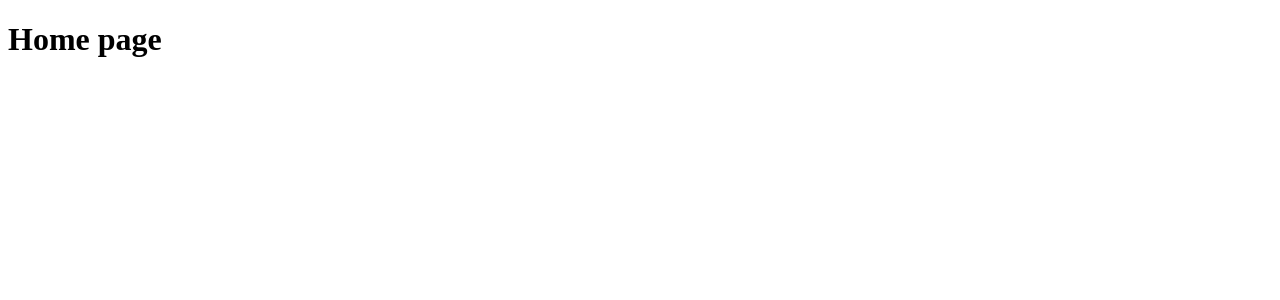
Repository: kunwaraman/Servlets-Jsp-Tuto
Page: CreateServletUsingInterface/src/main/webapp/index.html
The author's editor kept a copy of each file at every save. The page is drawn from the files as they stood at one save, then again after the next save.
The browser window is 1280 px wide. The pictures show the whole page.

Above is the page before, as saved 2024-10-24 12:38:39.

### CreateServletUsingInterface/src/main/webapp/index.html

<!DOCTYPE html>
<html>
<head>
<meta charset="ISO-8859-1">
<title>Insert title here</title>
</head>
<body>
	<h1>Home page</h1>
</body>
</html>

After the next save:
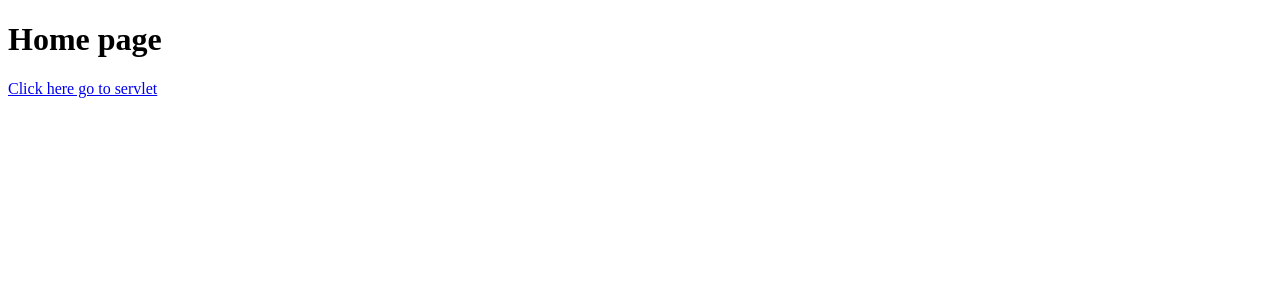
Saved 41 min 27 s later.
--- a/CreateServletUsingInterface/src/main/webapp/index.html
+++ b/CreateServletUsingInterface/src/main/webapp/index.html
@@ -7,5 +7,6 @@
 </head>
 <body>
 	<h1>Home page</h1>
+	<a href="app">Click here go to servlet</a>
 </body>
 </html>
